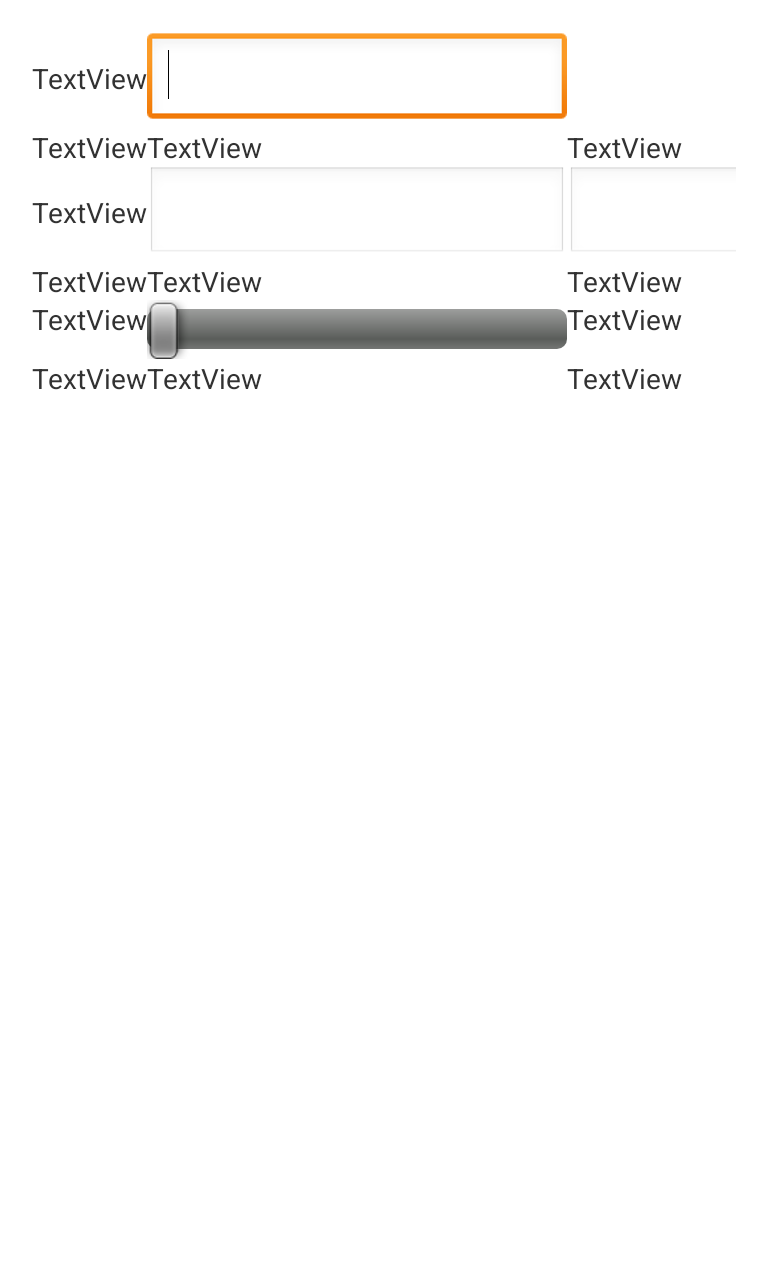
Repository: PaddyWilson/APPD2000
Layout: Workspace/Calculator/res/layout/activity_main.xml
An editor plug-in stored every save of this project. The layout is shown before and after the next save, followed by the edit.
It is drawn on a 768 x 1280 px phone screen (xhdpi) without system bars, with theme AppTheme; the app's code is not run.

Above is the layout before, as saved 2014-09-15 16:21:46.

After the next save:
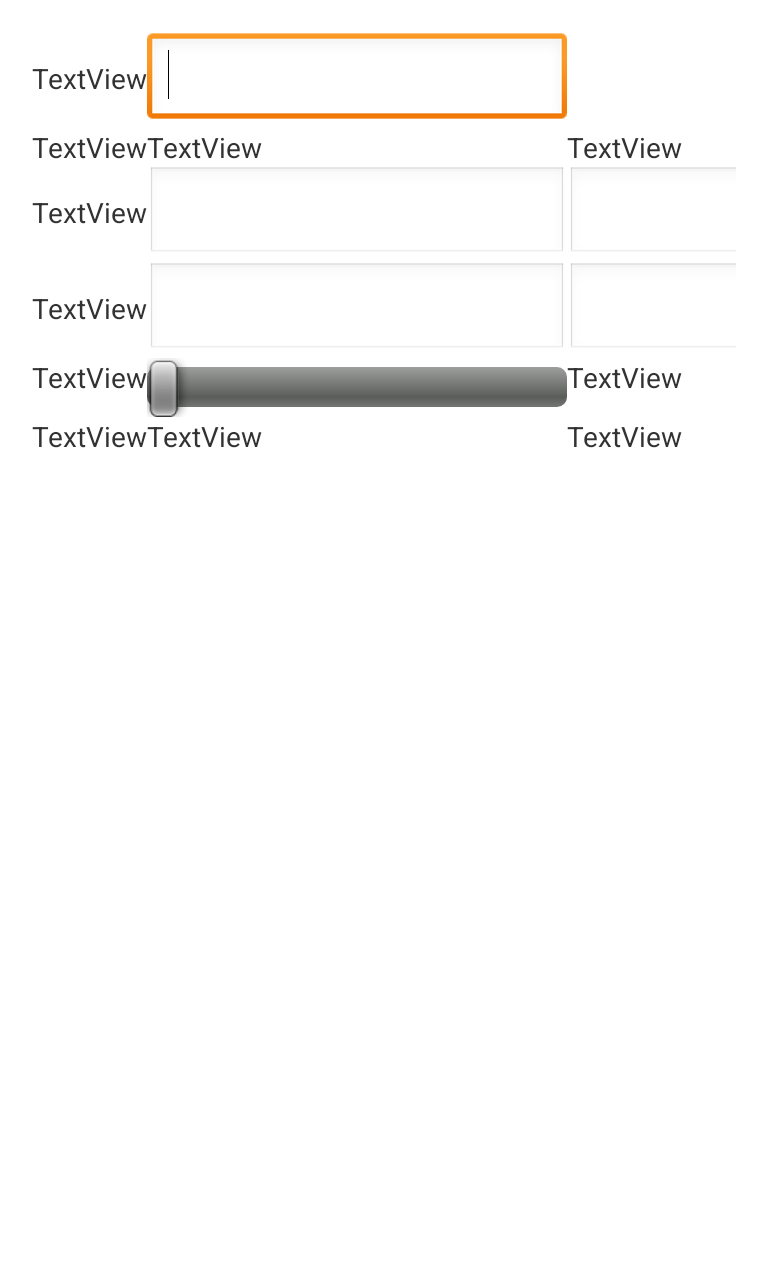
Saved 3 min 43 s later.
--- a/Workspace/Calculator/res/layout/activity_main.xml
+++ b/Workspace/Calculator/res/layout/activity_main.xml
@@ -63,27 +63,27 @@
         android:layout_height="wrap_content" >
 
         <TextView
-            android:id="@+id/textView3"
+            android:id="@+id/tipTextView"
             android:layout_width="wrap_content"
             android:layout_height="wrap_content"
             android:text="TextView" />
 
         <EditText
-            android:id="@+id/editText2"
+            android:id="@+id/tip10EditText"
             android:layout_width="wrap_content"
             android:layout_height="wrap_content"
             android:ems="10"
             android:inputType="numberDecimal" />
 
         <EditText
-            android:id="@+id/editText3"
+            android:id="@+id/tip15EditText"
             android:layout_width="wrap_content"
             android:layout_height="wrap_content"
             android:ems="10"
             android:inputType="numberDecimal" />
 
         <EditText
-            android:id="@+id/editText4"
+            android:id="@+id/tip20EditText"
             android:layout_width="wrap_content"
             android:layout_height="wrap_content"
             android:ems="10"
@@ -97,28 +97,31 @@
         android:layout_height="wrap_content" >
 
         <TextView
-            android:id="@+id/TextView08"
+            android:id="@+id/totalTextView"
             android:layout_width="wrap_content"
             android:layout_height="wrap_content"
             android:text="TextView" />
 
-        <TextView
-            android:id="@+id/TextView07"
+        <EditText
+            android:id="@+id/total10EditText"
             android:layout_width="wrap_content"
             android:layout_height="wrap_content"
-            android:text="TextView" />
+            android:ems="10"
+            android:inputType="numberDecimal" />
 
-        <TextView
-            android:id="@+id/TextView06"
+        <EditText
+            android:id="@+id/total15EditText"
             android:layout_width="wrap_content"
             android:layout_height="wrap_content"
-            android:text="TextView" />
+            android:ems="10"
+            android:inputType="numberDecimal" />
 
-        <TextView
-            android:id="@+id/textView4"
+        <EditText
+            android:id="@+id/total20EditText"
             android:layout_width="wrap_content"
             android:layout_height="wrap_content"
-            android:text="TextView" />
+            android:ems="10"
+            android:inputType="numberDecimal" />
 
     </TableRow>
 
@@ -128,13 +131,13 @@
         android:layout_height="wrap_content" >
 
         <TextView
-            android:id="@+id/textView5"
+            android:id="@+id/customTextView"
             android:layout_width="wrap_content"
             android:layout_height="wrap_content"
             android:text="TextView" />
 
         <SeekBar
-            android:id="@+id/seekBar1"
+            android:id="@+id/customSeekBar"
             android:layout_width="match_parent"
             android:layout_height="wrap_content" />
 
